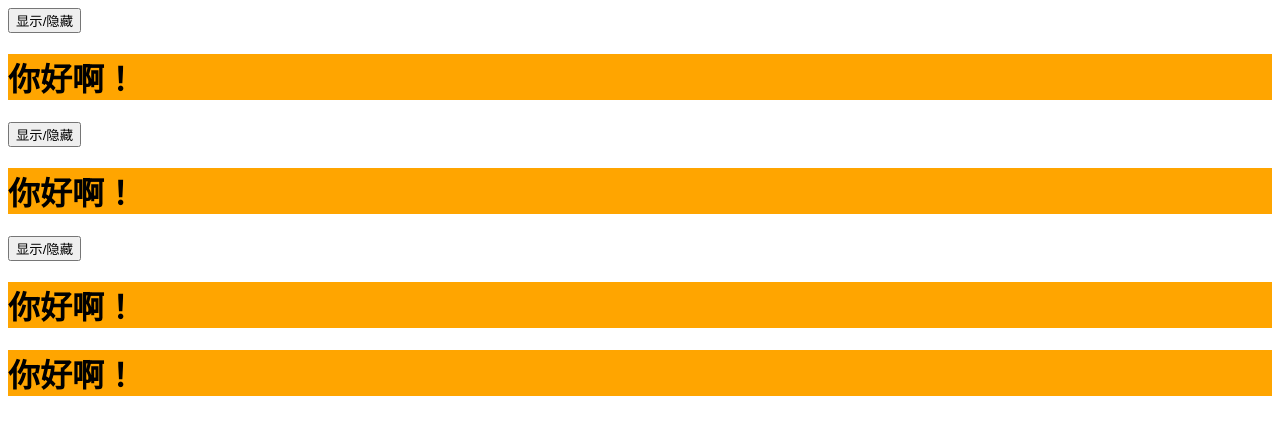
Repository: 13067902180/vue2.0study
Page: /
An editor plug-in stored every save of this project. The page is shown before and after the next save, followed by the edit.
The browser window is 1280 px wide. The pictures show the whole page.
The project was rebuilt for these pictures with package versions that can differ from the ones it lists, and the page was loaded fresh each time. Also part of the build but not shown: vue.config.js.

Above is the page before, as saved 2023-02-24 14:24:25.

After the next save:
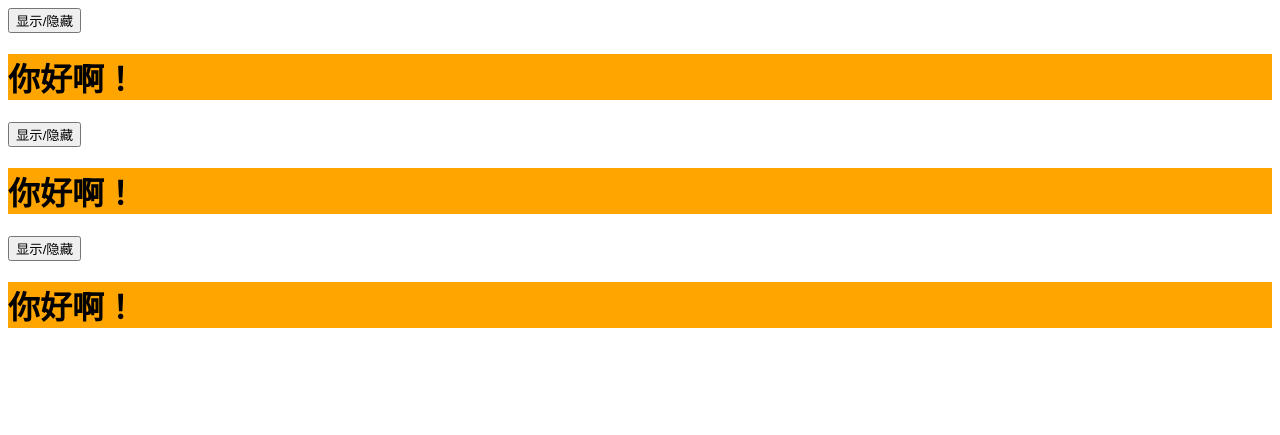
Saved 2 s later.
--- a/src/components/Test3.vue
+++ b/src/components/Test3.vue
@@ -2,9 +2,7 @@
 <template>
   <div>
     <button @click="isShow = !isShow">显示/隐藏</button>
-    <transition name="hello" :appear="true">
-      <h1 v-show="isShow">你好啊！</h1>
-    </transition>
+
     <transition-group name="hello" :appear="true">
       <h1 v-show="!isShow" key="1">你好啊！</h1>
       <h1 v-show="isShow" key="2">你好啊！</h1>
@@ -28,18 +26,4 @@ export default {
 h1 {
   background: orange;
 }
-/* 进入的起点，离开的终点 */
-.hello-enter,
-.hello-leave-to {
-  transform: translateX(-100%);
-}
-/* 进入的终点 离开的起点 */
-.hello-leave-active,
-.hello-enter-active {
-  transition: 0.5s linear;
-}
-.hello-enter-to,
-.hello-leave {
-  transform: translateX(0px);
-}
 </style>>
